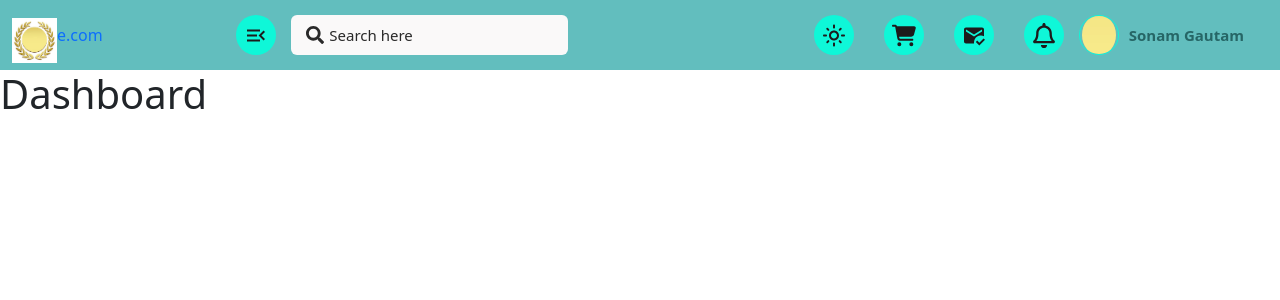
Repository: gautamsonam011/admin-react-dashboard
Page: /
An editor plug-in stored every save of this project. The page is shown before and after the next save, followed by the edit.
The browser window is 1280 px wide. The pictures show the whole page.
The project was rebuilt for these pictures with package versions that can differ from the ones it lists, and the page was loaded fresh each time.

Above is the page before, as saved 2025-04-14 14:35:50.

After the next save:
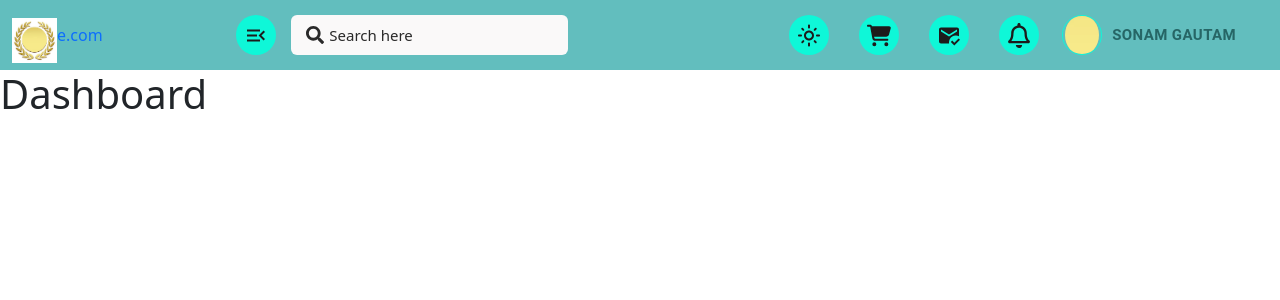
Saved 3 min 26 s later.
--- a/src/components/Header/index.jsx
+++ b/src/components/Header/index.jsx
@@ -52,76 +52,12 @@ const Header = () =>{
                     </div>
                     <div className="col-sm-7 d-flex align-items-center justify-content-end part3">
                     <Button className="rounded-circle"><MdOutlineLightMode/></Button>
-                    <Button className="rounded-circle" onClick={handleClick}><FaCartShopping/>
-                    <Menu
-        anchorEl={anchorEl}
-        id="account-menu"
-        open={open}
-        onClose={handleClose}
-        onClick={handleClose}
-        slotProps={{
-          paper: {
-            elevation: 0,
-            sx: {
-              overflow: 'visible',
-              filter: 'drop-shadow(0px 2px 8px rgba(0,0,0,0.32))',
-              mt: 1.5,
-              '& .MuiAvatar-root': {
-                width: 32,
-                height: 32,
-                ml: -0.5,
-                mr: 1,
-              },
-              '&::before': {
-                content: '""',
-                display: 'block',
-                position: 'absolute',
-                top: 0,
-                right: 14,
-                width: 10,
-                height: 10,
-                bgcolor: 'background.paper',
-                transform: 'translateY(-50%) rotate(45deg)',
-                zIndex: 0,
-              },
-            },
-          },
-        }}
-        transformOrigin={{ horizontal: 'right', vertical: 'top' }}
-        anchorOrigin={{ horizontal: 'right', vertical: 'bottom' }}
-      >
-        <MenuItem onClick={handleClose}>
-          <Avatar /> Profile
-        </MenuItem>
-        <MenuItem onClick={handleClose}>
-          <Avatar /> My account
-        </MenuItem>
-        <Divider />
-        <MenuItem onClick={handleClose}>
-          <ListItemIcon>
-            <PersonAdd fontSize="small" />
-          </ListItemIcon>
-          Add another account
-        </MenuItem>
-        <MenuItem onClick={handleClose}>
-          <ListItemIcon>
-            <Settings fontSize="small" />
-          </ListItemIcon>
-          Settings
-        </MenuItem>
-        <MenuItem onClick={handleClose}>
-          <ListItemIcon>
-            <Logout fontSize="small" />
-          </ListItemIcon>
-          Logout
-        </MenuItem>
-      </Menu>
-                    </Button>
+                    <Button className="rounded-circle"><FaCartShopping/></Button>
                     <Button className="rounded-circle"><MdMarkEmailRead/></Button>
                     <Button className="rounded-circle"><FaRegBell/></Button>
 
                     <div className="myAccountWrapper">
-                    <div className="myAccount d-flex align-items-center">
+                    <Button className="myAccount d-flex align-items-center">
                         <div className="userImg">
                             <span className="rounded-circle">
                             <img src={logo} alt="profile" />
@@ -131,7 +67,7 @@ const Header = () =>{
                         <div className="userInfo">
                             <h5>Sonam Gautam</h5>
                         </div>
-                    </div>
+                    </Button>
                     </div>
                     </div>
                 </div>
